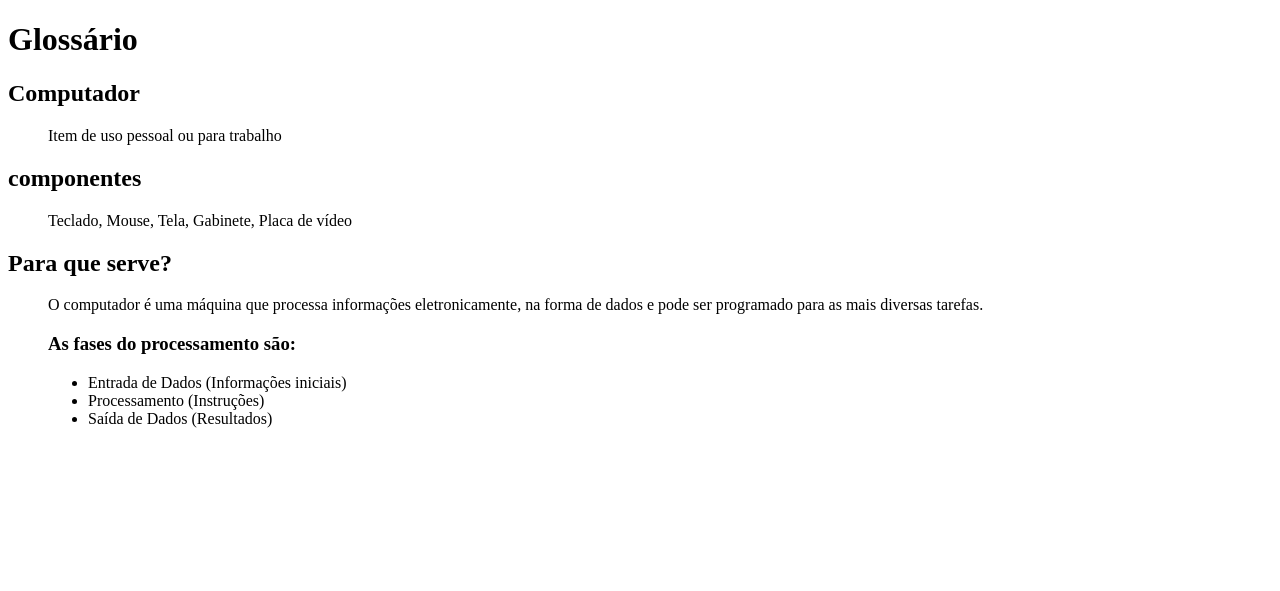
Repository: RenatoCCS/Mais1Code
Page: Rocketseat/Fundamentar/01 - O guia estelar de HTML/Desafios/1_Glossario/glossary.html
The author's editor kept a copy of each file at every save. The page is drawn from the files as they stood at one save, then again after a run of saves.
The browser window is 1280 px wide. The pictures show the whole page.

Above is the page before, as saved 2022-04-18 20:53:09.

After the next 8 saves:
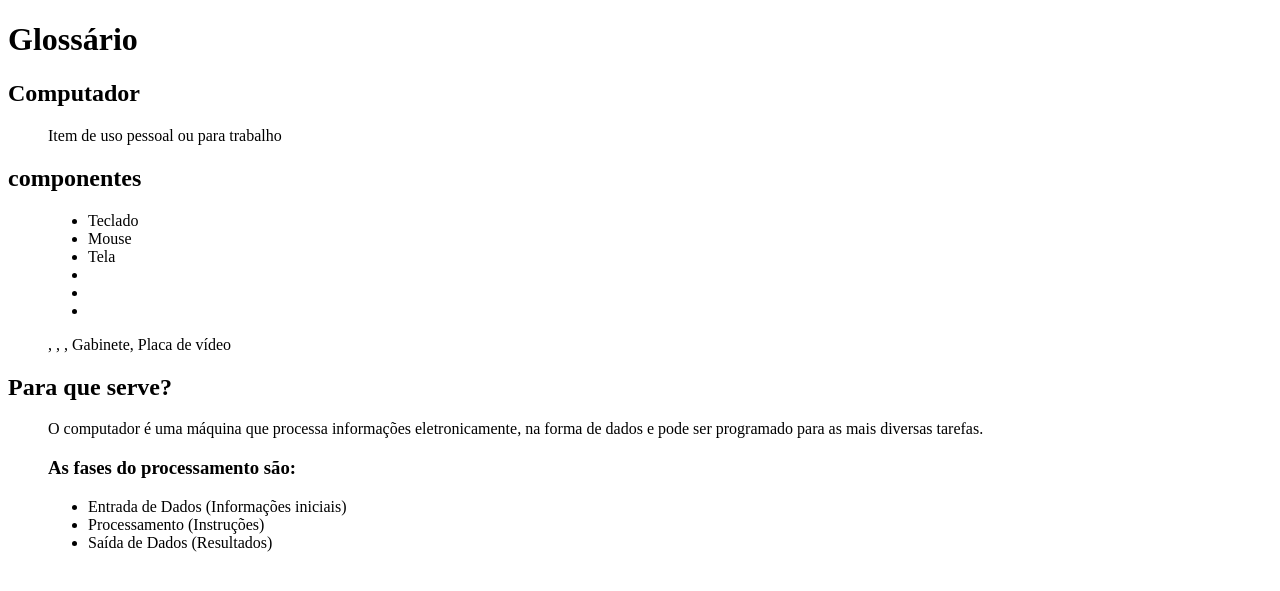
The 8 saves are shown as one change because they came seconds apart.
The last was saved 20 s later.
--- a/Rocketseat/Fundamentar/01 - O guia estelar de HTML/Desafios/1_Glossario/glossary.html
+++ b/Rocketseat/Fundamentar/01 - O guia estelar de HTML/Desafios/1_Glossario/glossary.html
@@ -17,10 +17,15 @@
     <dd>
 
        <ul>
+<li>Teclado</li>
+<li>Mouse</li>
+<li>Tela</li>
+<li></li>
+<li></li>
+<li></li>
 
 
-
-       </ul> Teclado, Mouse, Tela, Gabinete, Placa de vídeo</dd>
+       </ul> , , , Gabinete, Placa de vídeo</dd>
 
 <h2><dt>Para que serve?</dt></h2>
 <dd><p>O computador é uma máquina que processa informações eletronicamente, na forma de dados e pode ser programado para as mais diversas tarefas.
